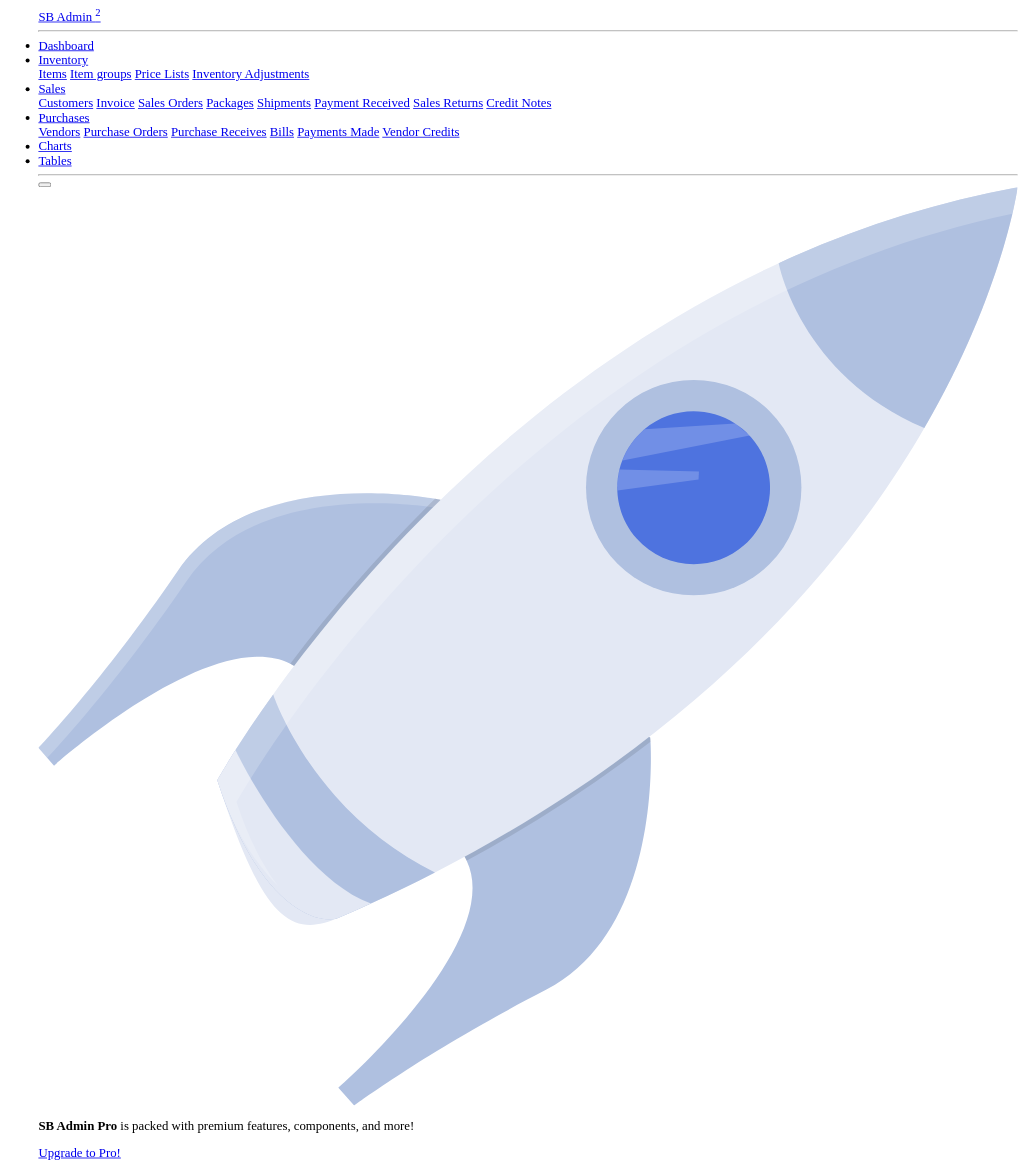
Repository: NabilAsyraf2904/InventorySystem
Page: http://localhost/Sidebar
The author's editor kept a copy of each file at every save. The page is drawn from the files as they stood at one save, then again after the next save.
The browser window is 1280 px wide. The pictures show the whole page, at 80% of full size.
The page is this project's Thymeleaf template; nobody is signed in. The template is opened directly, without the code that normally fills it, so the values that code supplies are empty.

Above is the page before, as saved 2023-12-28 03:52:37.

After the next save:
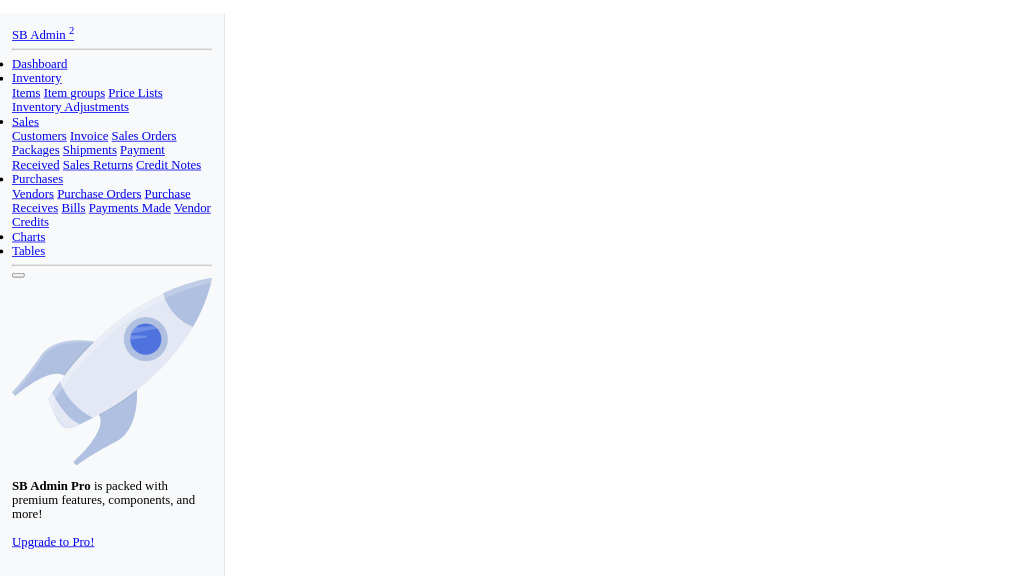
Saved 32 s later.
--- a/System/src/main/resources/templates/Sidebar.html
+++ b/System/src/main/resources/templates/Sidebar.html
@@ -1,4 +1,25 @@
 <div th:fragment="sidebarFragment">
+
+	<style>
+        /* Apply fixed position to the sidebar */
+        .sidebar {
+            position: fixed;
+            top: 0;
+            left: 0;
+            height: 100%;
+            width: 250px;
+            background-color: #f8f9fa; /* Set your desired background color */
+            padding: 15px;
+            border-right: 1px solid #dee2e6; /* Set your desired border color */
+        }
+
+        /* Adjust the margin-left to accommodate the sidebar width for the main content */
+        .main-content {
+            margin-left: 250px;
+            padding: 15px;
+        }
+    </style>
+
 	<!-- Sidebar -->
 	<ul class="navbar-nav bg-gradient-primary sidebar sidebar-dark accordion" id="accordionSidebar">
 
